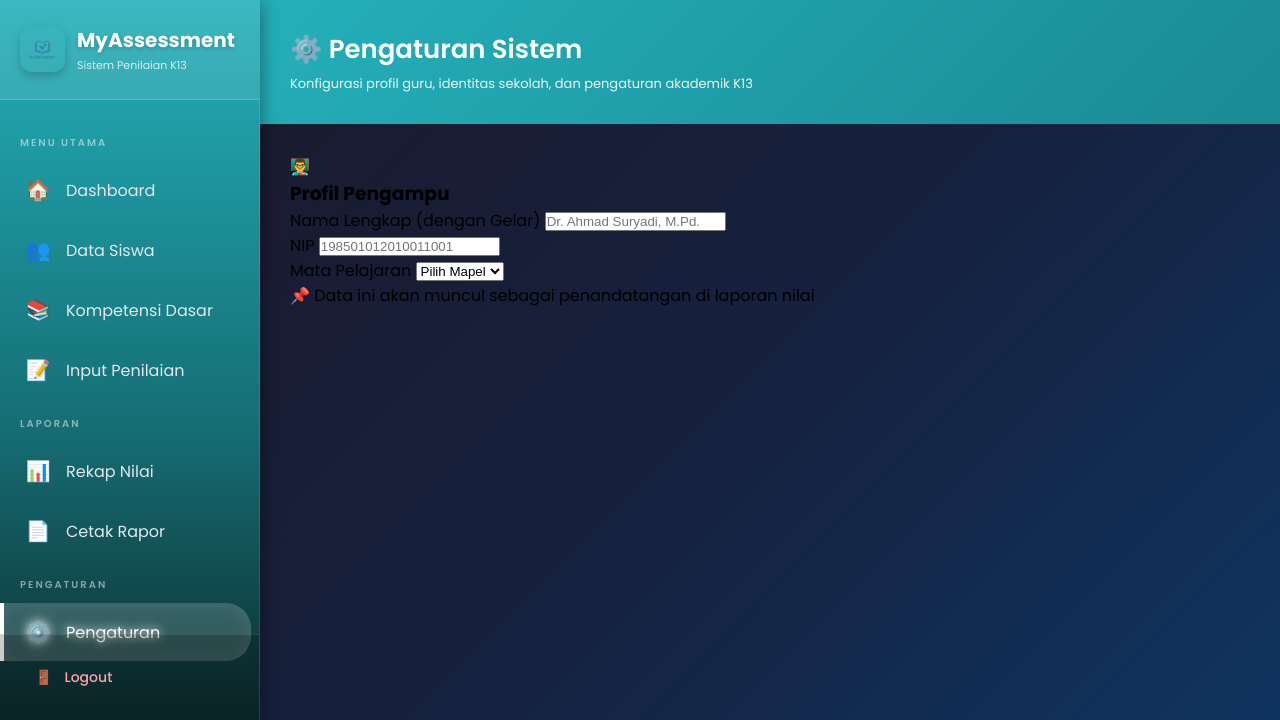
Repository: Ws529/MyAssassment_Final
Page: MyAssessment/wwwroot/pengaturan.html
These files come from the project's save history. The page is drawn as it stood at one moment and after the next save; the edit follows.
The browser window is 1280 px wide. The pictures show the whole page.

Above is the page before, as saved 2026-01-01 16:45:48.

### MyAssessment/wwwroot/pengaturan.html
<!DOCTYPE html>
<html lang="id">
<head>
    <meta charset="utf-8" />
    <meta name="viewport" content="width=device-width, initial-scale=1.0" />
    <title>Pengaturan - My Assessment K13</title>
    <link href="https://fonts.googleapis.com/css2?family=Poppins:wght@300;400;500;600;700&display=swap" rel="stylesheet">
    <style>
        * { margin: 0; padding: 0; box-sizing: border-box; }
        body { font-family: 'Poppins', sans-serif; background: linear-gradient(135deg, #1a1a2e 0%, #16213e 50%, #0f3460 100%); min-height: 100vh; }
        .app-container { display: flex; min-height: 100vh; }

        /* Sidebar - Deep Ocean Drive Theme */
        .sidebar { width: 260px; background: linear-gradient(180deg, #24b0ba 0%, #156d73 60%, #0d2c2e 100%); color: #e2e8f0; position: fixed; height: 100vh; overflow-y: auto; z-index: 100; border-right: 1px solid rgba(255, 255, 255, 0.1); box-shadow: 4px 0 15px rgba(0, 0, 0, 0.3); }
        .sidebar-header { padding: 25px 20px; display: flex; align-items: center; gap: 12px; border-bottom: 1px solid rgba(255,255,255,0.15); background: rgba(255,255,255,0.1); }
        .sidebar-header img { width: 45px; height: 45px; border-radius: 12px; box-shadow: 0 4px 10px rgba(0,0,0,0.2); }
        .sidebar-header h2 { font-size: 20px; font-weight: 700; color: #fff; text-shadow: 0 2px 4px rgba(0,0,0,0.2); }
        .sidebar-header span { font-size: 11px; color: rgba(255,255,255,0.8); display: block; margin-top: 2px; }
        .sidebar-menu { padding: 20px 0; }
        .menu-label { padding: 15px 20px 8px; font-size: 10px; text-transform: uppercase; color: rgba(255,255,255,0.5); letter-spacing: 2px; font-weight: 600; }
        .menu-item { display: flex; align-items: center; gap: 14px; padding: 14px 20px; color: #e2e8f0; text-decoration: none; transition: all 0.3s ease; border-left: 4px solid transparent; margin: 2px 8px 2px 0; border-radius: 0 25px 25px 0; }
        .menu-item:hover { background: rgba(255, 255, 255, 0.1); color: #ffffff; border-left-color: rgba(255, 255, 255, 0.5); }
        .menu-item.active { background: rgba(255, 255, 255, 0.15); border-left-color: #ffffff; color: #ffffff; text-shadow: 0 0 10px #ffffff, 0 0 20px rgba(255,255,255,0.5); box-shadow: inset 0 0 20px rgba(255,255,255,0.1); }
        .menu-item .icon { font-size: 20px; width: 28px; text-align: center; }
        .sidebar-footer { position: absolute; bottom: 0; width: 100%; padding: 20px; border-top: 1px solid rgba(255,255,255,0.1); background: rgba(0,0,0,0.2); }
        .logout-btn { display: flex; align-items: center; gap: 12px; color: #fca5a5; text-decoration: none; font-size: 14px; font-weight: 500; padding: 12px 15px; border-radius: 10px; transition: all 0.3s ease; }
        .logout-btn:hover { background: rgba(255,100,100,0.2); color: #ff8a8a; text-shadow: 0 0 10px rgba(255,100,100,0.5); }

        /* Main Content */
        .main-content { flex: 1; margin-left: 260px; min-height: 100vh; background: linear-gradient(135deg, #1a1a2e 0%, #16213e 50%, #0f3460 100%); }
        .top-header { background: linear-gradient(135deg, #24b0ba 0%, #1a8a93 100%); color: white; padding: 30px; }
        .page-title h1 { font-size: 26px; font-weight: 600; display: flex; align-items: center; gap: 12px; }
        .page-title p { font-size: 13px; opacity: 0.9; margin-top: 5px; }
        .content-area { padding: 30px; }
</style>
</head>
<body>
    <div class="app-container">
        <!-- Sidebar -->
        <aside class="sidebar">
            <div class="sidebar-header">
                <img src="assets/img/logo.png" alt="Logo">
                <div><h2>MyAssessment</h2><span>Sistem Penilaian K13</span></div>
            </div>
            <nav class="sidebar-menu">
                <div class="menu-label">Menu Utama</div>
                <a href="index.html" class="menu-item"><span class="icon">🏠</span><span>Dashboard</span></a>
                <a href="siswa.html" class="menu-item"><span class="icon">👥</span><span>Data Siswa</span></a>
                <a href="kompetensi.html" class="menu-item"><span class="icon">📚</span><span>Kompetensi Dasar</span></a>
                <a href="penilaian.html" class="menu-item"><span class="icon">📝</span><span>Input Penilaian</span></a>
                <div class="menu-label">Laporan</div>
                <a href="rekap.html" class="menu-item"><span class="icon">📊</span><span>Rekap Nilai</span></a>
                <a href="rapor.html" class="menu-item"><span class="icon">📄</span><span>Cetak Rapor</span></a>
                <div class="menu-label">Pengaturan</div>
                <a href="pengaturan.html" class="menu-item active"><span class="icon">⚙️</span><span>Pengaturan</span></a>
            </nav>
            <div class="sidebar-footer">
                <a href="login.html" class="logout-btn" onclick="logout()"><span>🚪</span><span>Logout</span></a>
            </div>
        </aside>

        <!-- Main Content -->
        <main class="main-content">
            <div class="top-header">
                <div class="page-title">
                    <h1>⚙️ Pengaturan Sistem</h1>
                    <p>Konfigurasi profil guru, identitas sekolah, dan pengaturan akademik K13</p>
                </div>
            </div>

            <div class="content-area">
                <!-- Message -->
                <div class="message" id="message"></div>

                <!-- Settings Grid -->
                <div class="settings-grid">
                    <!-- Card 1: Profil Pengampu -->
                    <div class="glass-card">
                        <div class="card-header">
                            <div class="card-icon">👨‍🏫</div>
                            <h3>Profil Pengampu</h3>
                        </div>
                        <div class="card-body">
                            <div class="form-group">
                                <label>Nama Lengkap (dengan Gelar)</label>
                                <input type="text" class="form-control" id="teacherName" placeholder="Dr. Ahmad Suryadi, M.Pd.">
                            </div>
                            <div class="form-row">
                                <div class="form-group">
                                    <label>NIP</label>
                                    <input type="text" class="form-control" id="teacherNIP" placeholder="198501012010011001">
                                </div>
                                <div class="form-group">
                                    <label>Mata Pelajaran</label>
                                    <select class="form-control" id="teacherMapel">
                                        <option value="">Pilih Mapel</option>
                                    </select>
                                </div>
                            </div>
                            <p class="hint">📌 Data ini akan muncul sebagai penandatangan di laporan nilai</p>
                        </div>
                    </div>

After the next save:
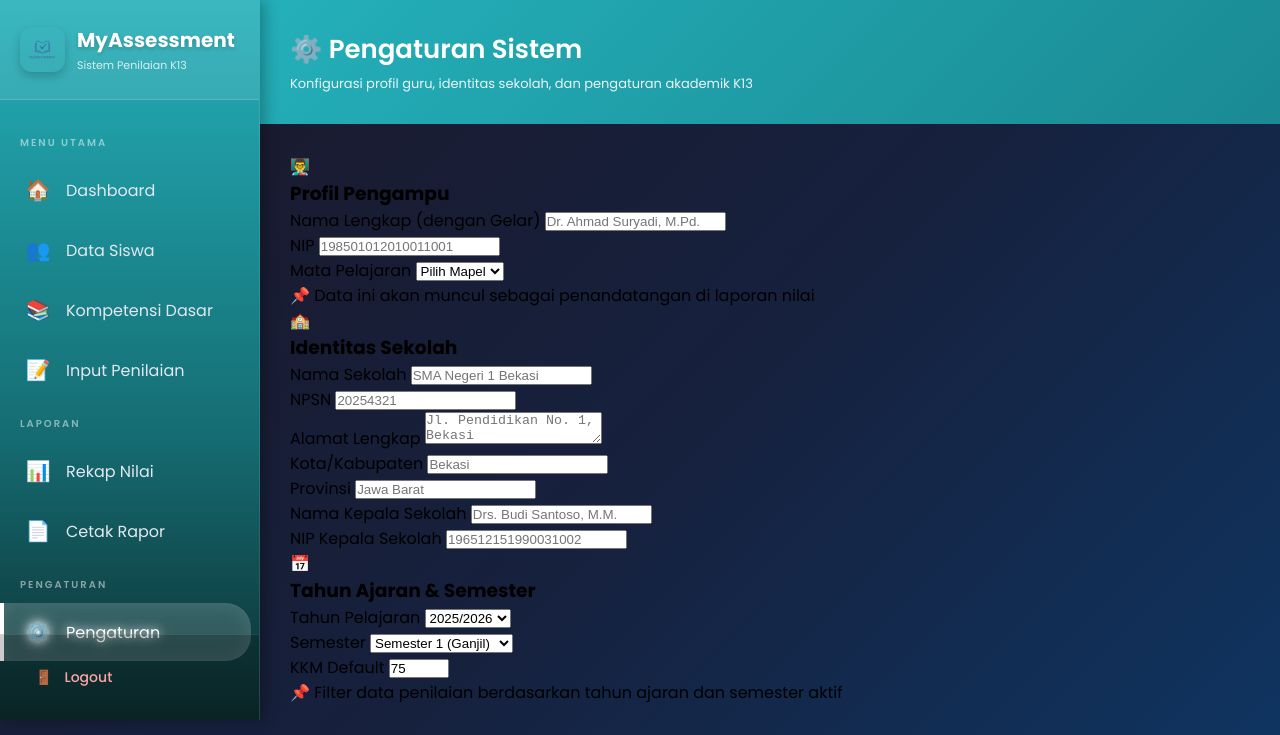
Saved 18 s later.
--- a/MyAssessment/wwwroot/pengaturan.html
+++ b/MyAssessment/wwwroot/pengaturan.html
@@ -100,3 +100,80 @@
                             <p class="hint">📌 Data ini akan muncul sebagai penandatangan di laporan nilai</p>
                         </div>
                     </div>
+
+                    <!-- Card 2: Identitas Sekolah -->
+                    <div class="glass-card">
+                        <div class="card-header">
+                            <div class="card-icon">🏫</div>
+                            <h3>Identitas Sekolah</h3>
+                        </div>
+                        <div class="card-body">
+                            <div class="form-row">
+                                <div class="form-group">
+                                    <label>Nama Sekolah</label>
+                                    <input type="text" class="form-control" id="namaSekolah" placeholder="SMA Negeri 1 Bekasi">
+                                </div>
+                                <div class="form-group">
+                                    <label>NPSN</label>
+                                    <input type="text" class="form-control" id="npsn" placeholder="20254321">
+                                </div>
+                            </div>
+                            <div class="form-group">
+                                <label>Alamat Lengkap</label>
+                                <textarea class="form-control" id="alamatSekolah" rows="2" placeholder="Jl. Pendidikan No. 1, Bekasi"></textarea>
+                            </div>
+                            <div class="form-row">
+                                <div class="form-group">
+                                    <label>Kota/Kabupaten</label>
+                                    <input type="text" class="form-control" id="kotaSekolah" placeholder="Bekasi">
+                                </div>
+                                <div class="form-group">
+                                    <label>Provinsi</label>
+                                    <input type="text" class="form-control" id="provinsiSekolah" placeholder="Jawa Barat">
+                                </div>
+                            </div>
+                            <div class="form-row">
+                                <div class="form-group">
+                                    <label>Nama Kepala Sekolah</label>
+                                    <input type="text" class="form-control" id="kepalaSekolah" placeholder="Drs. Budi Santoso, M.M.">
+                                </div>
+                                <div class="form-group">
+                                    <label>NIP Kepala Sekolah</label>
+                                    <input type="text" class="form-control" id="nipKepalaSekolah" placeholder="196512151990031002">
+                                </div>
+                            </div>
+                        </div>
+                    </div>
+
+                    <!-- Card 3: Tahun Ajaran & Semester -->
+                    <div class="glass-card">
+                        <div class="card-header">
+                            <div class="card-icon">📅</div>
+                            <h3>Tahun Ajaran & Semester</h3>
+                        </div>
+                        <div class="card-body">
+                            <div class="form-row">
+                                <div class="form-group">
+                                    <label>Tahun Pelajaran</label>
+                                    <select class="form-control" id="tahunAjaran">
+                                        <option value="2024/2025">2024/2025</option>
+                                        <option value="2025/2026" selected>2025/2026</option>
+                                        <option value="2026/2027">2026/2027</option>
+                                        <option value="2027/2028">2027/2028</option>
+                                    </select>
+                                </div>
+                                <div class="form-group">
+                                    <label>Semester</label>
+                                    <select class="form-control" id="semester">
+                                        <option value="1">Semester 1 (Ganjil)</option>
+                                        <option value="2">Semester 2 (Genap)</option>
+                                    </select>
+                                </div>
+                            </div>
+                            <div class="form-group">
+                                <label>KKM Default</label>
+                                <input type="number" class="form-control" id="kkmDefault" value="75" min="0" max="100">
+                            </div>
+                            <p class="hint">📌 Filter data penilaian berdasarkan tahun ajaran dan semester aktif</p>
+                        </div>
+                    </div>
